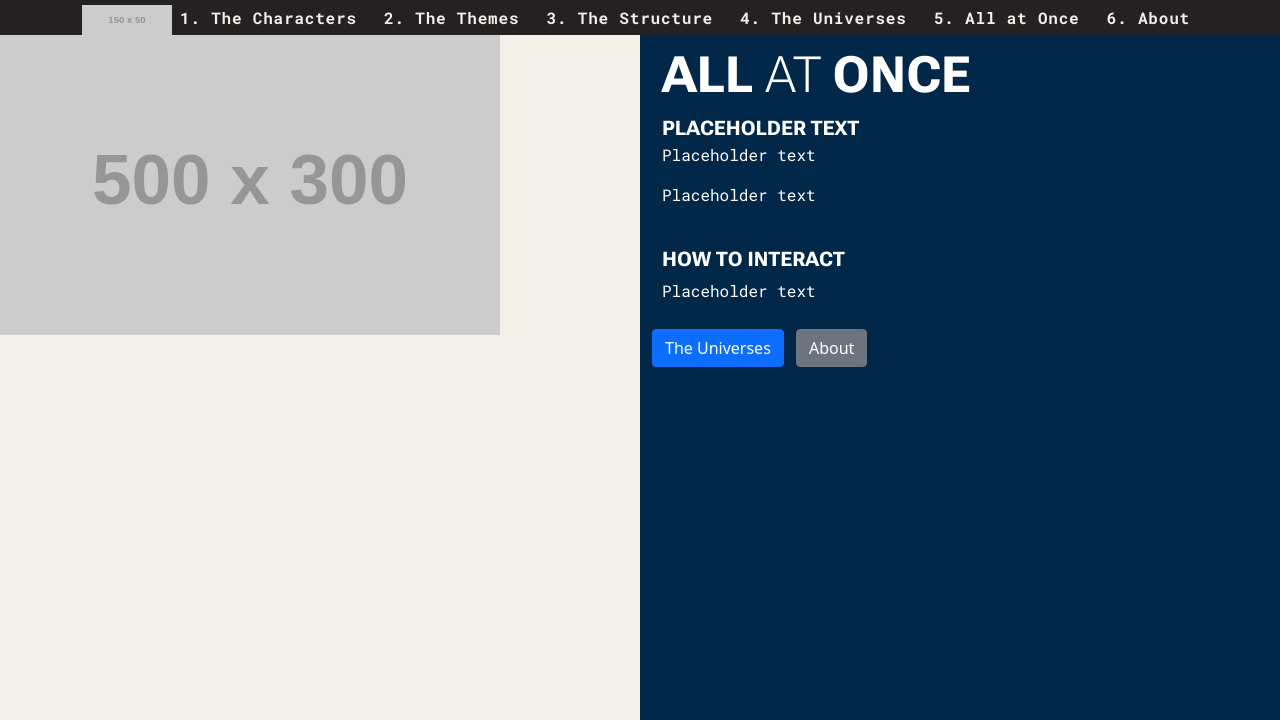
Repository: angelica-hom/msdv-thesis
Page: once.html
The author's editor kept a record of every edit. The page is drawn from the files as they stood at one moment, then again after the next edit.
The browser window is 1280 px wide. The pictures show the whole page.

Above is the page before.

### once.html
<!doctype html>
<html lang="en">
<head>
    <meta charset="utf-8">
    <meta name="viewport" content="width=device-width, initial-scale=1">
    <link href="https://cdn.jsdelivr.net/npm/bootstrap@5.1.3/dist/css/bootstrap.min.css" rel="stylesheet">
    <link href="once.css" rel="stylesheet">
    <title>Decoding Everything Everywhere All at Once</title>
</head>
<body>
    <nav class="navbar navbar-expand-lg navbar-custom">
        <div class="container">
            <a class="navbar-brand" href="#">
                <img src="https://via.placeholder.com/150x50" alt="Your Brand" height="30">
            </a>
            <div class="collapse navbar-collapse" id="navbarNav">
                <ul class="navbar-nav mx-auto">
                    <li class="nav-item">
                        <a class="nav-link" href="characters.html">1. The Characters</a>
                    </li>
                    <li class="nav-item">
                        <a class="nav-link" href="themes.html">2. The Themes</a>
                    </li>
                    <li class="nav-item">
                        <a class="nav-link" href="structure.html">3. The Structure</a>
                    </li>
                    <li class="nav-item">
                        <a class="nav-link" href="universes.html">4. The Universes</a>
                    </li>
                    <li class="nav-item">
                        <a class="nav-link" href="once.html">5. All at Once</a>
                    </li>
                    <li class="nav-item">
                        <a class="nav-link" href="about.html">6. About</a>
                    </li>
                </ul>
            </div>
        </div>
    </nav>

    <div class="container-fluid">
        <div class="row">
            <div class="col-md-6 left-section">
                <img src="https://via.placeholder.com/500x300" alt="Static image" class="img-fluid">
            </div>
            <div class="col-md-6 d-flex flex-column justify-content-center right-section">
                <div id="content">
                    <h2><span class="bold">ALL</span> AT <span class="bold">ONCE</span></h2>
                    <span class="subheading">PLACEHOLDER TEXT</span>
                    <br<br><p>Placeholder text</p>
                    <p>Placeholder text</p>
                    <br><h3>HOW TO INTERACT</h3>
                    <p>Placeholder text</p>
                </div>
                <div>
                    <a href="universes.html" class="btn btn-primary me-2">The Universes</a>
                    <a href="about.html" class="btn btn-secondary">About</a>
                </div>
            </div>
        </div>
    </div>

    <script src="once.js"></script>
    <script src="https://cdn.jsdelivr.net/npm/@popperjs/core@2.11.6/dist/umd/popper.min.js"></script>
    <script src="https://cdn.jsdelivr.net/npm/bootstrap@5.1.3/dist/js/bootstrap.min.js"></script>
</body>
</html>

### once.css
@import url('https://fonts.googleapis.com/css2?family=Roboto+Flex:wght@100;200;300;400;500;600;700;800;900;1000&display=swap');
@import url('https://fonts.googleapis.com/css2?family=Roboto+Mono:ital,wght@0,100;0,200;0,300;0,400;0,500;0,600;0,700;1,100;1,200;1,300;1,400;1,500;1,600;1,700&display=swap');

body, html {
    margin: 0;
    height: 100%;
    overflow-x: hidden;
}

.container-fluid {
    height: calc(100% - 35px); /* Subtract navbar height */
    padding: 0;
}

.row {
    height: 100%;
}

/* NAVBAR */
.navbar-custom {
    margin-bottom: 0;
    height: 35px;
    align-items: center; /* Center the navbar content vertically */
    background-color: #232122; /* New navbar background color */
    width: 100%; /* Make the navbar container wider */
    font-family: 'Roboto Mono', monospace; /* Specify the font family */
    font-weight: 700;
}

.navbar-custom .navbar-brand,
.navbar-custom .nav-link {
    color: #F3EFE9;
    padding: 0;
    line-height: 35px;
    font-size: 16px;
    letter-spacing: 0.05em;
    font-family: 'Roboto Mono', monospace;
    margin: 0; /* Add a margin to create more space between nav items */
}

.navbar-custom .navbar-nav {
    flex-grow: 1;
    display: flex;
    justify-content: space-between; /* Spread out the nav items */
}

.navbar-custom .nav-link:hover {
    color: #232122;
    background-color: #F3EFE9; /* New background color on hover */
}

a:focus, a:active, a:hover {
  outline: none;
  text-decoration: none;
  color: #F3EFE9; /* Set the desired color for the links */
}

/* LEFT SECTION STYLE */
.left-section {
    background-color: #F3EFE9;
}

/* RIGHT SECTION STYLE */
.right-section {
    background-color: #012749;
    color: #FFF; /* Set text color to white for better contrast */
    justify-content: flex-start!important;
}

.right-section #content {
    padding: 10px;
}

.right-section #content h2 {
    font-family: 'Roboto Flex', sans-serif;
    font-style: normal;
    font-weight: 200;
    font-size: 50px;
}

.right-section #content .subheading {
    font-family: 'Roboto Flex', sans-serif;
    font-style: normal;
    font-weight: 800;
    font-size: 20px;
}

.right-section #content h3 {
    font-family: 'Roboto Flex', sans-serif;
    font-style: normal;
    font-weight: 800;
    font-size: 20px;
}

@media (max-width: 768px) {
  h2 {
    font-size: 28px;
  }
}

.right-section #content .bold {
    font-weight: 800;
}

.right-section #content p {
    font-family: 'Roboto Mono', monospace;
    font-style: normal;
    font-weight: 400;
    font-size: 16px;
}

/* VISUALIZATION */
.vertical-center {
  margin: 0;
  position: relative;
  top: 50%;
  -ms-transform: translateY(-50%);
  transform: translateY(-50%);
}

Loaded but not shown: once.js (no copy from this time; the picture is the same without it)

After the next edit:
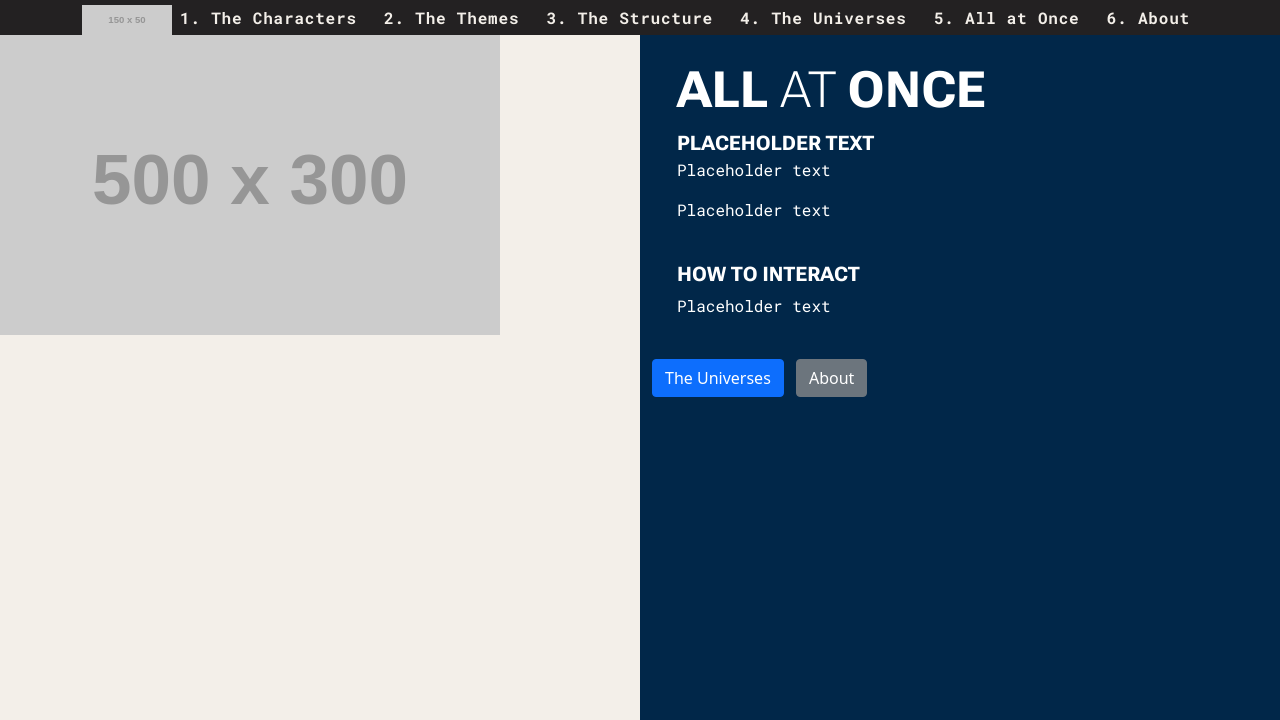
The edit:
--- a/once.css
+++ b/once.css
@@ -68,7 +68,7 @@
 }
 
 .right-section #content {
-    padding: 10px;
+    padding: 25px;
 }
 
 .right-section #content h2 {
